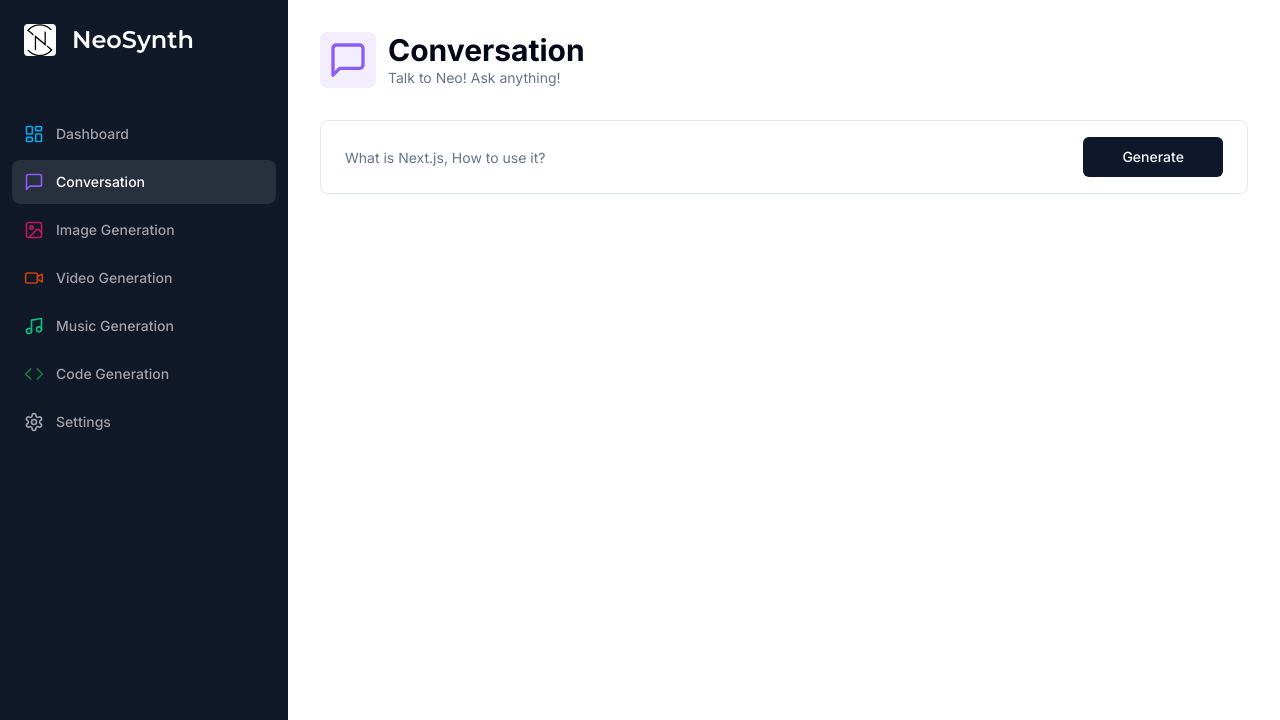
Repository: tathagat22/NeoSynth
Page: /conversation
The author's editor kept a copy of each file at every save. The page is drawn from the files as they stood at one save, then again after the next save.
The browser window is 1280 px wide. The pictures show the whole page.
The page's requests for data from a server got no answer. The project was rebuilt for these pictures with package versions that can differ from the ones it lists, and the page was loaded fresh each time. Some packages were replaced by stand-ins written for this rebuild. The framework's server and built-in components were replaced by stand-ins that run in the browser. No one was signed in, and anything a server would have sent is missing. Also part of the build but not shown: next.config.js, components/ui/label.tsx.

Above is the page before, as saved 2023-08-26 22:44:55.

After the next save:
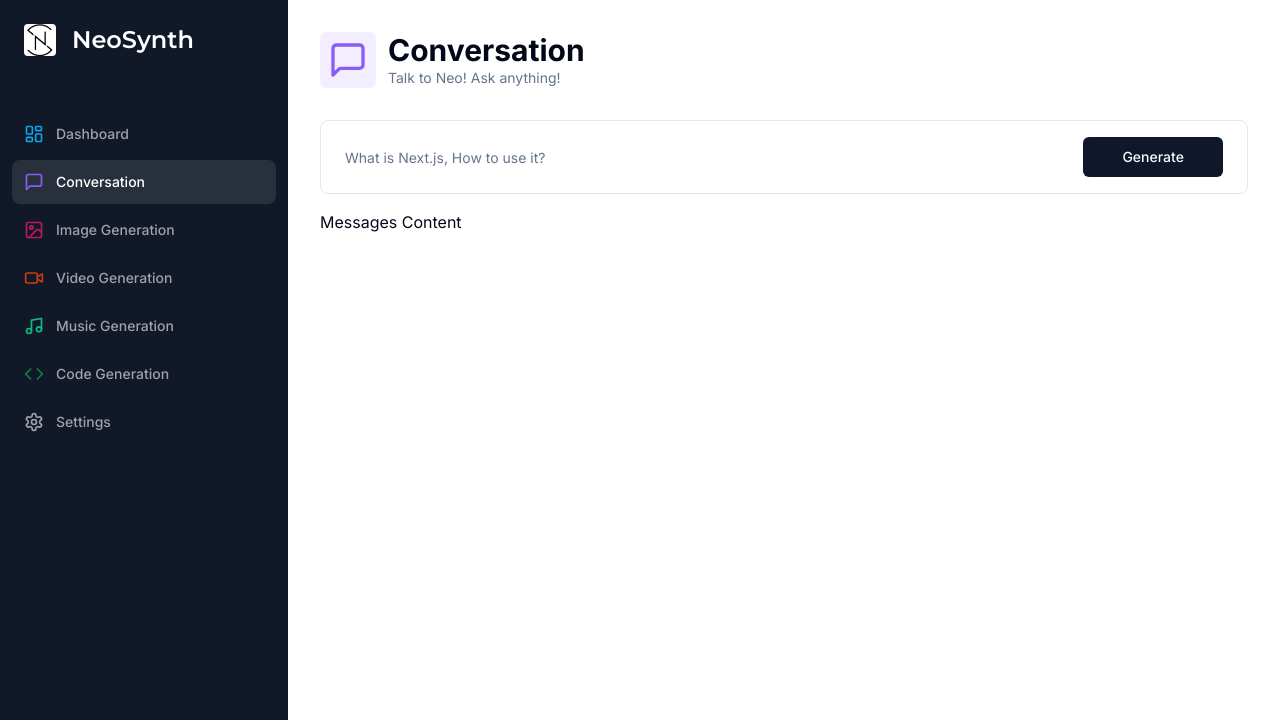
Saved 54 s later.
--- a/app/(dashboard)/(routes)/conversation/page.tsx
+++ b/app/(dashboard)/(routes)/conversation/page.tsx
@@ -59,6 +59,9 @@
             </form>
           </Form>
         </div>
+        <div className="space-y-4 mt-4">
+                Messages Content
+        </div>
       </div>
     </div>
   );
